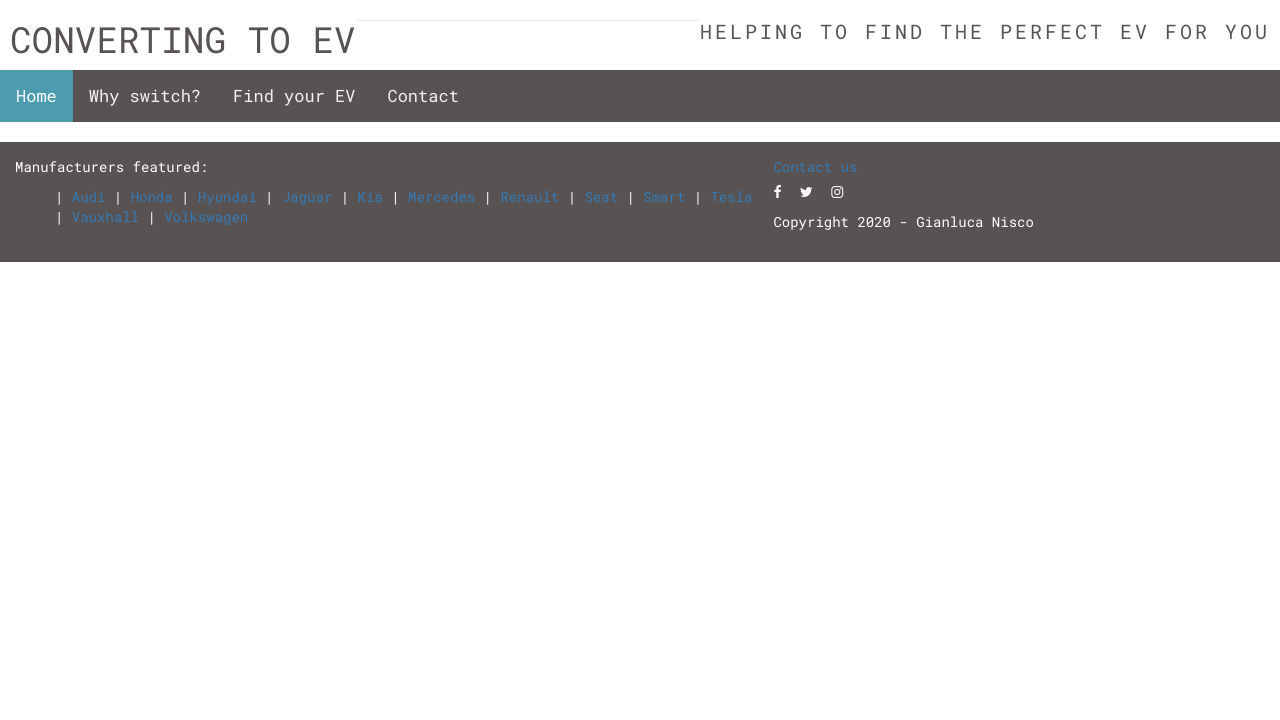
Repository: gnisco/project-2
Page: why-switch.html
The author's editor kept a record of every edit. The page is drawn from the files as they stood at one moment, then again after the next edit.
The browser window is 1280 px wide. The pictures show the whole page.
Some web libraries are served in a nearby version.

Above is the page before.

After the next edit:
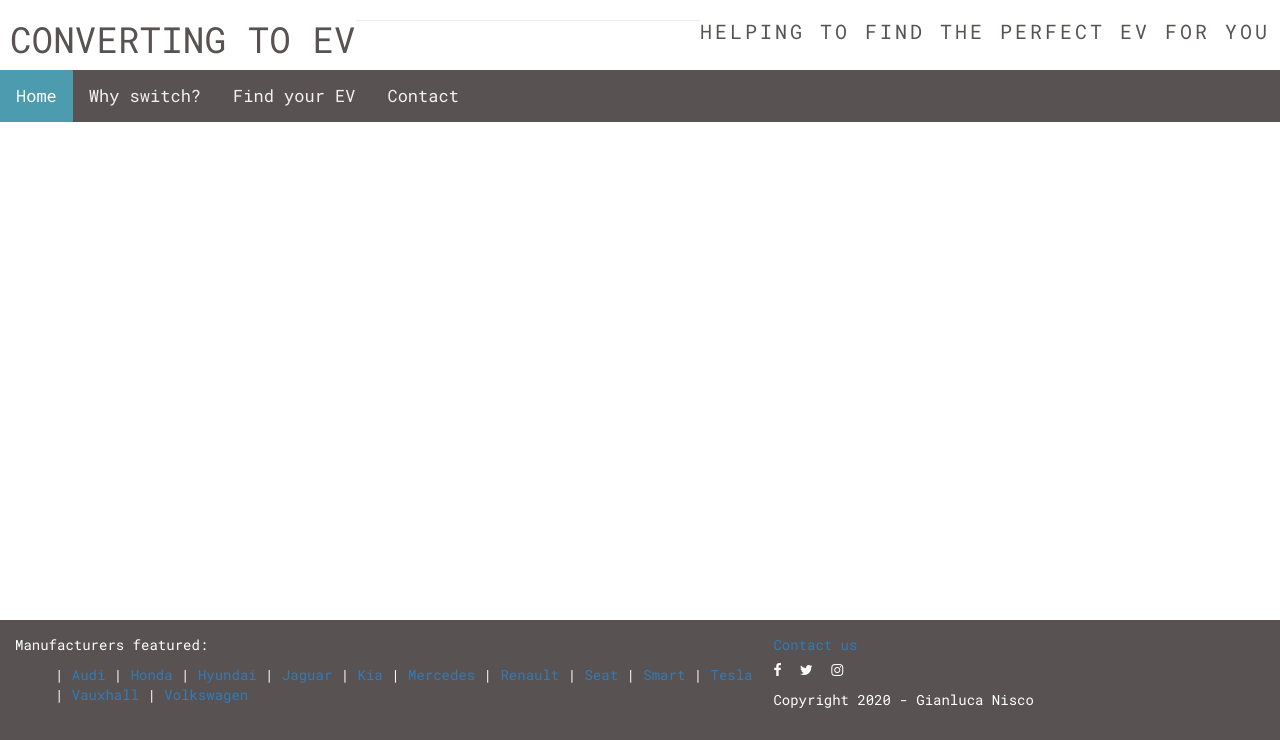
The edit:
--- a/why-switch.html
+++ b/why-switch.html
@@ -9,7 +9,8 @@
     <title>Convert to EV</title>
 </head>
 <body>
-    <header class="container-fluid">
+    <div class="wrap">
+        <header class="container-fluid">
         <div class="col">
             <div class="row bg-color-name-title">
                 <div style="clear: both">
@@ -34,6 +35,9 @@
     <section>
 
     </section>
+    <div class="push"></div>
+    </div>
+
     <footer class="footer-distributed">
         <div class="footer-left">
             <p>Manufacturers featured:</p>
